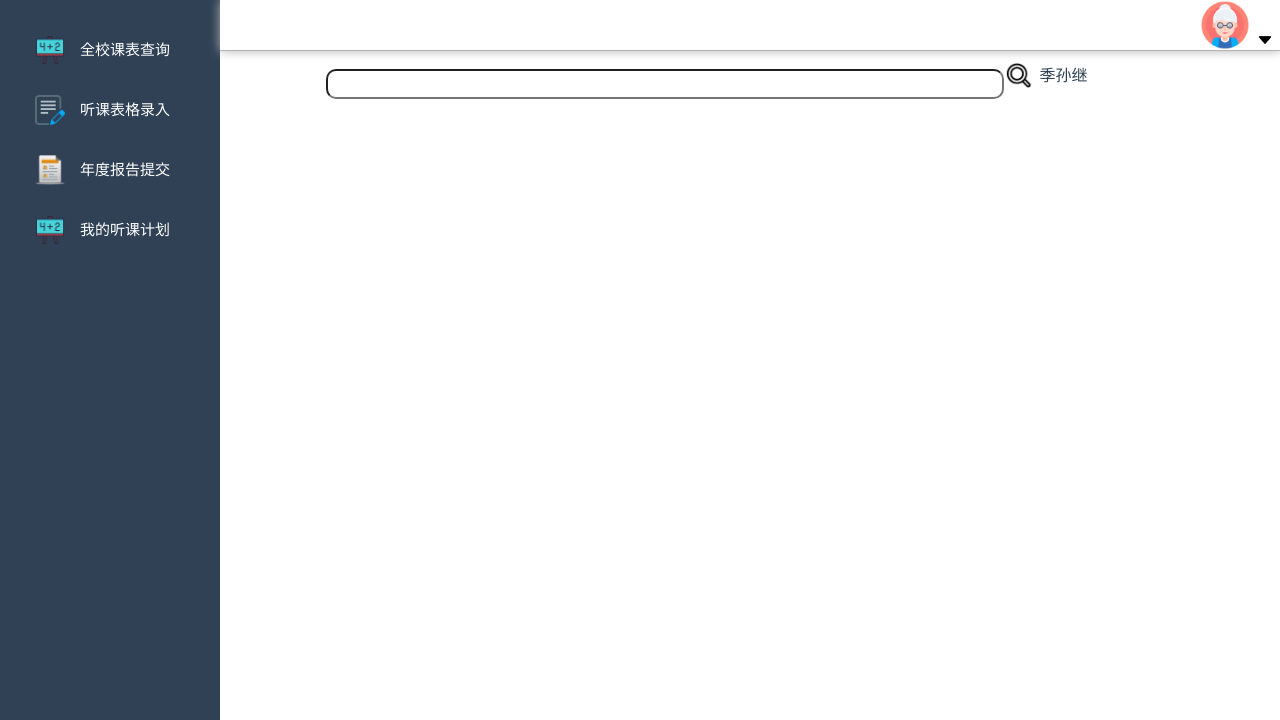
Repository: shandamengcheng/graduate-project
Page: /home
An editor plug-in stored every save of this project. The page is shown before and after the next save, followed by the edit.
The browser window is 1280 px wide. The pictures show the whole page.
The project was rebuilt for these pictures with package versions that can differ from the ones it lists, and the page was loaded fresh each time. Also part of the build but not shown: src/views/Login.vue.

Above is the page before, as saved 2021-03-14 13:20:13.

### src/App.vue
<template>
  <div id="app">
    <router-view/>
  </div>
</template>

<style>
* {
  margin: 0;
  padding: 0;
  -webkit-box-sizing: inherit;
  box-sizing: inherit;
}

#app, html, body{
  font-family: Avenir, Helvetica, Arial, sans-serif;
  -webkit-font-smoothing: antialiased;
  -moz-osx-font-smoothing: grayscale;
  text-align: center;
  color: #2c3e50;
  height: 100%;
  overflow: hidden;
}

</style>

### src/router/index.js
import Vue from 'vue'
import VueRouter from 'vue-router'
import Home from '../views/Home.vue'
import Login from '../views/Login.vue';
import Search from '../components/Search.vue';

Vue.use(VueRouter)

const routes = [
  {
    path: '/',
    name: 'Login',
    component: Login
  },
  {
    path: '/login',
    name: 'Login',
    component: Login
  },
  {
    path: '/home',
    name: Home,
    component: Home,
    children:[
      {
        path: '/',
        name: 'Search',
        component: Search,
      },
      {
        path: 'search',
        name: 'Search',
        component: Search,
      }
    ]
  }
]

const router = new VueRouter({
  mode: 'history',
  base: process.env.BASE_URL,
  routes
})

export default router

### src/views/Home.vue
<template>
  <div class="home">
    <SideBar />
    <div class="main">
      <NavigationBar />
      <router-view />
      <!-- <Search /> -->
    </div>
  </div>
</template>

<script>
// @ is an alias to /src
import Login from "@/views/Login";
import SideBar from "@/components/SideBar";
import NavigationBar from "@/components/NavigationBar";
import Search from "@/components/Search";

export default {
  name: "Home",
  components: {
    Login,
    SideBar,
    NavigationBar,
    Search,
  },
};
</script>

<style scoped>
.home {
  min-height: 100%;
  width: 100%;
  display: flex;
  flex-direction: row;
  /* background-color: #2d3a4b;
    color: white; */
  overflow: hidden;
}
.main {
  width: calc(100% - 220px);
  min-width: 600px;
}
</style>

### src/components/Search.vue
<template>
  <div class="search">
    <input type="search" />
    <img src="@/assets/search.png" >
    <span>季孙继</span>
  </div>
</template>

<script>
export default {
  name: "Search",
};
</script>

<style scoped>
.search {
  width: 80%;
  margin: auto;
  height: 30px;
  margin-top: 10px;
  text-align: left;
  /* font-size: 0; */
}
.search input {
  display: inline-block;
  width: 80%;
  height: 30px;
  line-height: 30px;
  /* margin: auto; */
  border-radius: 10px;
  outline: none;
  font-size: 20px;
  padding: 0 5px;
  box-sizing: border-box;
  /* vertical-align: baseline; */
}
.search img {
  display: inline-block;
  width: 30px;
  height: 30px;
  margin-right: 5px;
}

.search span {
  display: inline-block;
  width: 80px;
  height: 30px;
  vertical-align: top;
  line-height: 30px;
}
</style>

### src/components/SideBar.vue
<template>
  <div class="sidebar">
    <SideBarItem>
      <img src="@/assets/class.png">
      <div>全校课表查询</div>
    </SideBarItem>
    <SideBarItem>
      <img src="@/assets/sheet.png">
      <div>听课表格录入</div>
    </SideBarItem>
    <SideBarItem>
      <img src="@/assets/report.png">
      <div>年度报告提交</div>
    </SideBarItem>
     <SideBarItem>
      <img src="@/assets/class.png">
      <div>我的听课计划</div>
    </SideBarItem>
  </div>
</template>

<script>
import SideBarItem from "@/components/SideBarItem";

export default {
  name: "SideBar",
  components: {
    SideBarItem,
  },

}
</script>

<style scoped>
.sidebar {
  width: 220px;
  min-width: 220px;
  height: 100vh;
  background: #304156;
  color: white;
  font-size: 15px;
  text-align: center;
  display: flex;
  flex-direction: column;
  padding-top: 20px;
}
</style>

### src/components/NavigationBar.vue
<template>
  <div class="navbar">
    <img src="@/assets/avatar.png" class="avatar-img" />
    <img src="@/assets/arrow.png" class="avatar-submenu" @click="toggleMenu"/>
    <ul class="avatar-menu" v-if="showMenu" @click="toggleMenu">
      <li class="home" @click="navigateToPage('home')">Home</li>
      <li @click="navigateToPage('login')">Log Out</li>
    </ul>
  </div>
</template>

<script>
export default {
  name: "NavigationBar",
  data() {
    return {
      showMenu: false,
    }
  },
  methods: {
    toggleMenu: function() {
      this.showMenu = !this.showMenu;
    },
    navigateToPage: function(path) {
      if (location.pathname == `/${path}`) return;
      this.$router.push(`/${path}`);
    }
  }
};
</script>

<style scoped>
.navbar {
  width: 100%;
  height: 50px;
  display: flex;
  position: relative;
  justify-content: flex-end;
  border-bottom: 0.5px solid rgb(180, 178, 178);
  box-shadow: 0px 0px 10px rgb(180, 178, 178);
}
.navbar img {
  display: inline-block;
  height: 100%;
  width: 50px;
  border-radius: 10px;
}
.navbar .avatar-submenu {
  width: 20px;
  height: 20px;
  margin: 30px 5px 0px 5px;
}
.avatar-menu {
  position: absolute;
  top: 60px;
  right: 5px;
  width: 90px;
  border: 0.5px solid rgba(180, 178, 178, 0.5);
  list-style-type: none;
  padding: 0;
  border-radius: 10px;
}
.avatar-menu li {
  height: 50px;
  line-height: 50px;
  cursor: pointer;
}
.home {
  border-bottom: 0.5px solid rgba(180, 178, 178, 0.5);
}
</style>

### src/components/SideBarItem.vue
<template>
  <div class="sidebar-item" @click="showSearchView">
    <slot>默认列表项</slot>
  </div>
</template>

<script>
export default {
  name: "SideBarItem",
  methods: {
    showSearchView: function() {
      this.$router.push('/home/search');
    }
  }
}
</script>

<style scoped>
.sidebar-item {
  height: 60px;
  padding: 0 10px;
  line-height: 60px;
  border: none;
  outline: none;
  cursor: pointer;
  display: flex;
  justify-content: center;
}
.sidebar-item img {
  /* display: inline-block; */
  align-self: center;
  height: 50%;
  vertical-align: middle;
  width: 15%;
  /* margin-right: 5px; */
}
.sidebar-item div {
  width: 60%;
  /* display: inline-block; */
}
</style>

Loaded but not shown: public/index.html (common file); src/main.js (common file); src/store/index.js (common file)

After the next save:
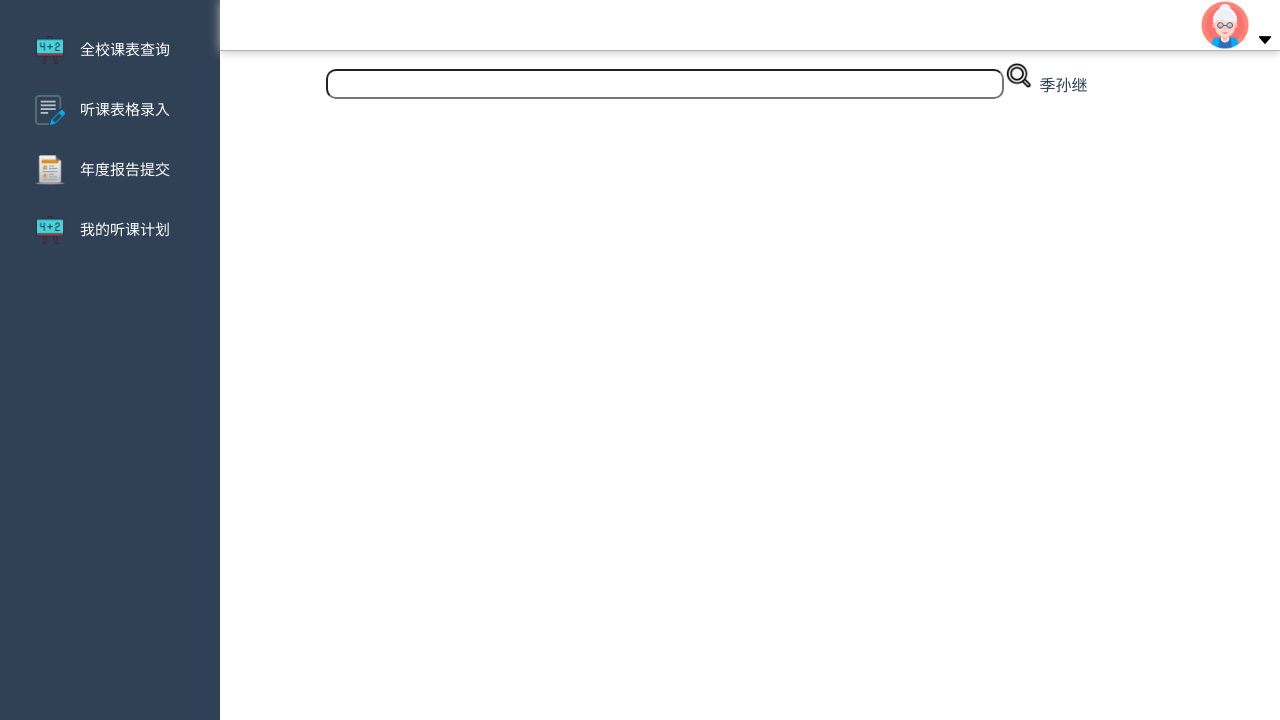
Saved 28 s later.
--- a/src/components/Search.vue
+++ b/src/components/Search.vue
@@ -40,12 +40,4 @@ export default {
   height: 30px;
   margin-right: 5px;
 }
-
-.search span {
-  display: inline-block;
-  width: 80px;
-  height: 30px;
-  vertical-align: top;
-  line-height: 30px;
-}
 </style>
